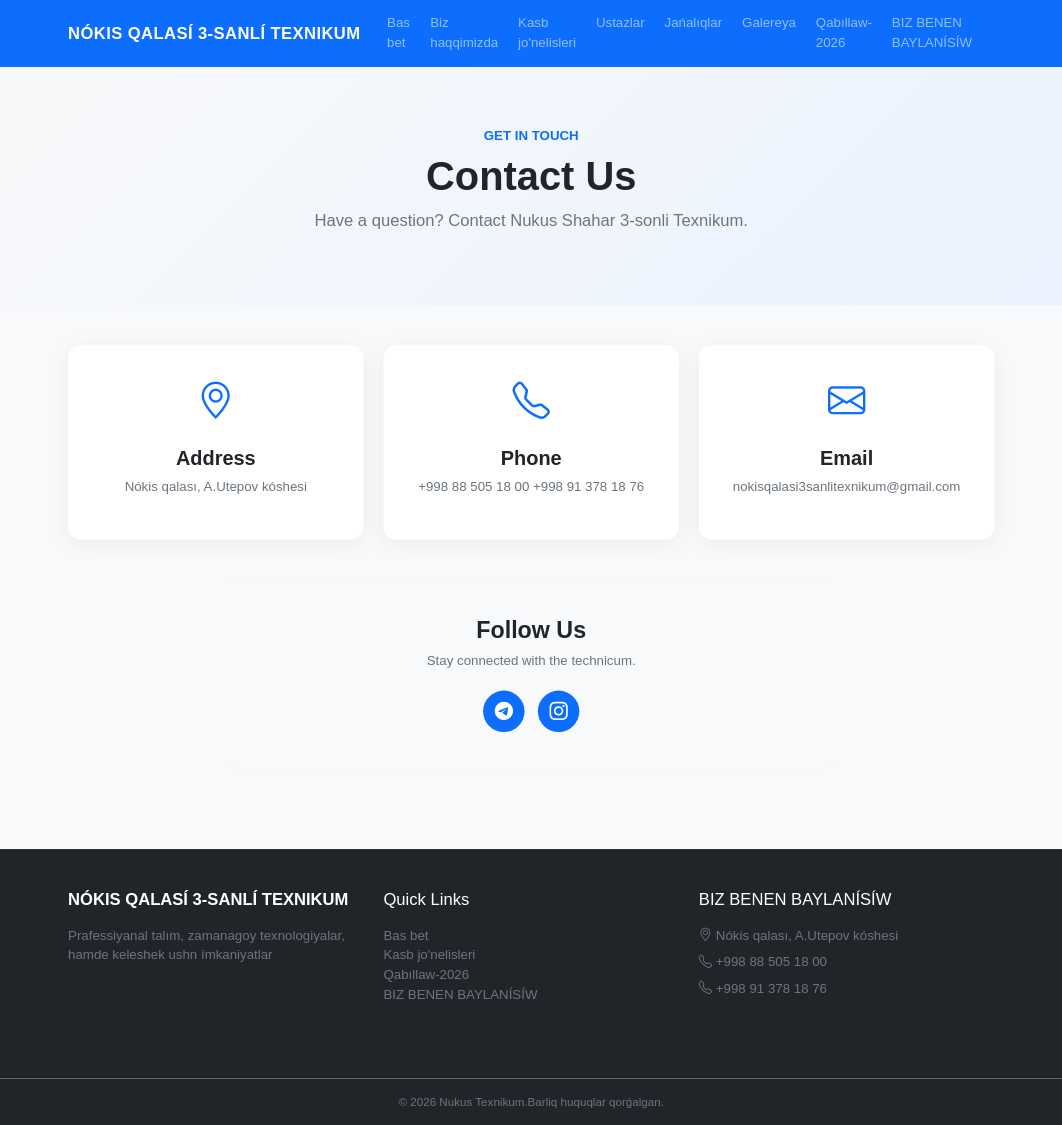
Repository: Neptunescorp/nukus_technicum
Page: http://localhost/contact/
These files come from the project's save history. The page is drawn as it stood at one moment and after the next save; the edit follows.
The browser window is 1280 px wide. The pictures show the whole page, at 83% of full size.
The page is served by the project's application, run on Django 5.2 (manage.py). Other server files are loaded and not shown. The page reads the database file committed with the project.

Above is the page before, as saved 2026-08-18 12:47:23.

### core/templates/core/contact.html
{% extends "base.html" %}

{% block title %}
Contact | Nukus Shahar 3-sonli Texnikum
{% endblock %}

{% block content %}

<section class="contact-hero py-5">

    <div class="container text-center py-4">

        <span class="text-primary fw-semibold">
            GET IN TOUCH
        </span>

        <h1 class="display-5 fw-bold mt-2">
            Contact Us
        </h1>

        <p class="lead text-secondary">
            Have a question? Contact Nukus Shahar 3-sonli Texnikum.
        </p>

    </div>

</section>


<section class="py-5">

    <div class="container">

        <div class="row g-4">

            <div class="col-md-6 col-lg-4">

                <div class="contact-card">

                    <i class="bi bi-geo-alt"></i>

                    <h4 class="fw-bold">
                        Address
                    </h4>

                    {% if information and information.address %}

                    <p class="text-secondary">
                        {{ information.address }}
                    </p>

                    {% else %}

                    <p class="text-secondary">
                        Official address will be published soon.
                    </p>

                    {% endif %}

                </div>

            </div>


            <div class="col-md-6 col-lg-4">

                <div class="contact-card">

                    <i class="bi bi-telephone"></i>

                    <h4 class="fw-bold">
                        Phone
                    </h4>

                    {% if information and information.phone %}

                    <p>
                        <a
                            href="tel:{{ information.phone }}"
                            class="text-secondary text-decoration-none"
                        >
                            {{ information.phone }}
                        </a>
                    </p>

                    {% else %}

                    <p class="text-secondary">
                        Phone number will be published soon.
                    </p>

                    {% endif %}

                </div>

            </div>


            <div class="col-md-6 col-lg-4">

                <div class="contact-card">

                    <i class="bi bi-envelope"></i>

                    <h4 class="fw-bold">
                        Email
                    </h4>

                    {% if information and information.email %}

                    <p>
                        <a
                            href="mailto:{{ information.email }}"
                            class="text-secondary text-decoration-none"
                        >
                            {{ information.email }}
                        </a>
                    </p>

                    {% else %}

                    <p class="text-secondary">
                        Email will be published soon.
                    </p>

                    {% endif %}

                </div>

            </div>

        </div>


        <div class="row mt-5">

            <div class="col-lg-8 mx-auto">

                <div class="contact-social text-center">

                    <h3 class="fw-bold">
                        Follow Us
                    </h3>

                    <p class="text-secondary">
                        Stay connected with the technicum.
                    </p>


                    <div class="d-flex justify-content-center gap-3 mt-4">

                        {% if information and information.telegram %}

                        <a
                            href="{{ information.telegram }}"
                            target="_blank"
                            class="social-button"
                        >
                            <i class="bi bi-telegram"></i>
                        </a>

                        {% endif %}


                        {% if information and information.instagram %}

                        <a
                            href="{{ information.instagram }}"
                            target="_blank"
                            class="social-button"
                        >
                            <i class="bi bi-instagram"></i>
                        </a>

                        {% endif %}


                        {% if information and information.facebook %}

                        <a
                            href="{{ information.facebook }}"
                            target="_blank"
                            class="social-button"
                        >
                            <i class="bi bi-facebook"></i>
                        </a>

                        {% endif %}


                        {% if information and information.youtube %}

                        <a
                            href="{{ information.youtube }}"
                            target="_blank"
                            class="social-button"
                        >
                            <i class="bi bi-youtube"></i>
                        </a>

                        {% endif %}

                    </div>

                </div>

            </div>

        </div>

    </div>

</section>

{% endblock %}

### templates/base.html
{% load static %}

<!DOCTYPE html>
<html lang="en">
<head>
    <meta charset="UTF-8">
    <meta name="viewport" content="width=device-width, initial-scale=1.0">

    <title>{% block title %}NÓKIS QALASÍ 3-SANLÍ TEXNIKUM{% endblock %}</title>

    <!-- Bootstrap -->
    <link
        href="https://cdn.jsdelivr.net/npm/bootstrap@5.3.3/dist/css/bootstrap.min.css"
        rel="stylesheet"
    >

    <!-- Bootstrap Icons -->
    <link
        rel="stylesheet"
        href="https://cdn.jsdelivr.net/npm/bootstrap-icons@1.11.3/font/bootstrap-icons.min.css"
    >

    <!-- Custom CSS -->
    <link rel="stylesheet" href="{% static 'css/style.css' %}">
</head>

<body>

<!-- ================= NAVBAR ================= -->

<nav class="navbar navbar-expand-lg navbar-dark bg-primary sticky-top">
    <div class="container">

        <a class="navbar-brand fw-bold" href="/">
            NÓKIS QALASÍ 3-SANLÍ TEXNIKUM
        </a>

        <button
            class="navbar-toggler"
            type="button"
            data-bs-toggle="collapse"
            data-bs-target="#mainNavbar"
        >
            <span class="navbar-toggler-icon"></span>
        </button>

        <div class="collapse navbar-collapse" id="mainNavbar">

            <ul class="navbar-nav ms-auto">

                <li class="nav-item">
                    <a class="nav-link" href="/">Bas bet</a>
                </li>

                <li class="nav-item">
                    <a class="nav-link" href="/about/">Biz haqqimizda</a>
                </li>

                <li class="nav-item">
                    <a class="nav-link" href="/specialties/">Kasb jo'nelisleri</a>
                </li>

                <li class="nav-item">
                    <a class="nav-link" href="/teachers/">Ustazlar</a>
                </li>

                <li class="nav-item">
                    <a class="nav-link" href="/news/">Jańalıqlar </a>
                </li>

                <li class="nav-item">
                    <a class="nav-link" href="/gallery/">
                        Galereya
                    </a>
                </li>

                <li class="nav-item">
                    <a class="nav-link" href="/admissions/">Qabıllaw-2026 </a>
                </li>

                <li class="nav-item">
                    <a class="nav-link" href="/contact/">BIZ BENEN BAYLANÍSÍW</a>
                </li>

            </ul>

        </div>
    </div>
</nav>


<!-- ================= MAIN CONTENT ================= -->

<main>
    {% block content %}
    {% endblock %}
</main>


<!-- ================= FOOTER ================= -->

<footer class="bg-dark text-white mt-5">

    <div class="container py-5">

        <div class="row">

            <div class="col-md-4 mb-4">

                <h5 class="fw-bold">
                    NÓKIS QALASÍ 3-SANLÍ TEXNIKUM
                </h5>

                <p class="text-secondary">
                    Prafessiyanal talım, zamanagoy texnologiyalar,
                    hamde keleshek ushn ímkaniyatlar
                </p>

            </div>


            <div class="col-md-4 mb-4">

                <h5>Quick Links</h5>

                <ul class="list-unstyled">

                    <li>
                        <a href="/" class="text-secondary text-decoration-none">
                            Bas bet
                        </a>
                    </li>

                    <li>
                        <a href="/specialties/" class="text-secondary text-decoration-none">
                            Kasb jo'nelisleri
                        </a>
                    </li>

                    <li>
                        <a href="/admissions/" class="text-secondary text-decoration-none">
                            Qabıllaw-2026
                        </a>
                    </li>

                    <li>
                        <a href="/contact/" class="text-secondary text-decoration-none">
                            BIZ BENEN BAYLANÍSÍW
                        </a>
                    </li>

                </ul>

            </div>


            <div class="col-md-4">

                <h5>BIZ BENEN BAYLANÍSÍW</h5>

                <p class="text-secondary mb-2">
                    <i class="bi bi-geo-alt"></i>
                    Nókis qalası, A.Utepov kóshesi
                </p>

                <p class="text-secondary mb-2">
                    <i class="bi bi-telephone"></i>
                    +998 88 505 18 00
                </p>

                <p class="text-secondary mb-2">
                    <i class="bi bi-telephone"></i>
                    +998 91 378 18 76
                </p>


            </div>

        </div>

    </div>


    <div class="border-top border-secondary">

        <div class="container py-3 text-center">

            <small class="text-secondary">
                © 2026 Nukus Texnikum.Barliq huquqlar qorǵalgan.
            </small>

        </div>

    </div>

</footer>


<!-- Bootstrap JS -->

<script
    src="https://cdn.jsdelivr.net/npm/bootstrap@5.3.3/dist/js/bootstrap.bundle.min.js">
</script>

</body>
</html>

### core/models.py
from django.db import models


class SiteInformation(models.Model):
    name = models.CharField(
        max_length=255,
        default="Nukus Shahar 3-sonli Texnikum"
    )
    short_description = models.TextField(blank=True)
    about = models.TextField(blank=True)

    address = models.CharField(max_length=255, blank=True)
    phone = models.CharField(max_length=50, blank=True)
    email = models.EmailField(blank=True)

    logo = models.ImageField(
        upload_to="site/",
        blank=True,
        null=True
    )

    facebook = models.URLField(blank=True)
    instagram = models.URLField(blank=True)
    telegram = models.URLField(blank=True)
    youtube = models.URLField(blank=True)

    updated_at = models.DateTimeField(auto_now=True)

    class Meta:
        verbose_name = "Site Information"
        verbose_name_plural = "Site Information"

    def __str__(self):
        return self.name

### core/views.py
from django.shortcuts import render

from .models import SiteInformation
from specialties.models import Specialty
from teachers.models import Teacher
from news.models import News
from gallery.models import GalleryImage


def home(request):
    information = SiteInformation.objects.first()

    specialties = Specialty.objects.filter(
        is_active=True
    )[:6]

    teachers = Teacher.objects.filter(
        is_active=True
    )[:4]

    news_items = News.objects.filter(
        is_published=True
    )[:3]

    gallery_images = GalleryImage.objects.filter(
        is_active=True
    )[:8]

    return render(
        request,
        "core/home.html",
        {
            "information": information,
            "specialties": specialties,
            "teachers": teachers,
            "news_items": news_items,
            "gallery_images": gallery_images,
        }
    )


def about(request):
    information = SiteInformation.objects.first()

    return render(
        request,
        "core/about.html",
        {
            "information": information
        }
    )


def contact(request):
    information = SiteInformation.objects.first()

    return render(
        request,
        "core/contact.html",
        {
            "information": information
        }
    )

### config/urls.py
from django.conf import settings
from django.conf.urls.static import static
from django.contrib import admin
from django.urls import include, path


urlpatterns = [
    path("admin/", admin.site.urls),

    path("", include("core.urls")),

    path(
        "specialties/",
        include("specialties.urls")
    ),

    path(
        "teachers/",
        include("teachers.urls")
    ),

    path(
        "news/",
        include("news.urls")
    ),

    path(
        "gallery/",
        include("gallery.urls")
    ),

    path(
        "admissions/",
        include("admissions.urls")
    ),
]


if settings.DEBUG:
    urlpatterns += static(
        settings.MEDIA_URL,
        document_root=settings.MEDIA_ROOT
    )

### core/urls.py
from django.urls import path

from .views import about, contact, home


urlpatterns = [
    path(
        "",
        home,
        name="home"
    ),

    path(
        "about/",
        about,
        name="about"
    ),

    path(
        "contact/",
        contact,
        name="contact"
    ),
]

### specialties/urls.py
from django.urls import path
from .views import specialty_list, specialty_detail


urlpatterns = [
    path("", specialty_list, name="specialty_list"),
    path(
        "<int:pk>/",
        specialty_detail,
        name="specialty_detail"
    ),
]

### teachers/urls.py
from django.urls import path
from .views import teacher_list, teacher_detail


urlpatterns = [
    path("", teacher_list, name="teacher_list"),

    path(
        "<int:pk>/",
        teacher_detail,
        name="teacher_detail"
    ),
]

### news/urls.py
from django.urls import path

from .views import news_detail, news_list


urlpatterns = [
    path("", news_list, name="news_list"),

    path(
        "<int:pk>/",
        news_detail,
        name="news_detail"
    ),
]

### gallery/urls.py
from django.urls import path
from .views import gallery_list


urlpatterns = [
    path("", gallery_list, name="gallery_list"),
]

### admissions/urls.py
from django.urls import path

from .views import admissions


urlpatterns = [
    path("", admissions, name="admissions"),
]

### db.sqlite3 (the tables this page reads, as SQL)
CREATE TABLE "core_siteinformation" ("id" integer NOT NULL PRIMARY KEY AUTOINCREMENT, "name" varchar(255) NOT NULL, "short_description" text NOT NULL, "about" text NOT NULL, "address" varchar(255) NOT NULL, "phone" varchar(50) NOT NULL, "email" varchar(254) NOT NULL, "logo" varchar(100) NULL, "facebook" varchar(200) NOT NULL, "instagram" varchar(200) NOT NULL, "telegram" varchar(200) NOT NULL, "youtube" varchar(200) NOT NULL, "updated_at" datetime NOT NULL);
INSERT INTO "core_siteinformation" VALUES
(1, 'NÓKIS QALASÍ 3-SANLÍ TEXNIKUM', 'ÓZBEKSTAN RESPUBLIKASI JOQARÍ BILIMLENDIRIW, ILIM HÁM INNOVACIYALAR MINISTRLIGI JANÍNDA KASIPLIK BILIMLENDIRIW AGENTLIGI QARAQALPAQSTAN RESPUBLIKASI KÁSIPLIK BILIMLENDIRIW AGENTLIGI', 'NÓKIS QALASÍ 3-SANLÍ TEXNIKUM PREZIDETTŃ QARARI BOYINSHA 2026 JILI TYKAR SALINDI', 'Nókis qalası, A.Utepov kóshesi', '+998 88 505 18 00 +998 91 378 18 76', 'nokisqalasi3sanlitexnikum@gmail.com', 'site/Screenshot_2026-08-18_at_10.47.14.png', '', 'https://instagram.com/3_sanli_texnikum_nukus', 'https://t.me/@Developer_moder', '', '2026-08-18 06:14:18.136694');

Loaded but not shown: static/css/style.css (910 lines, source omitted)

After the next save:
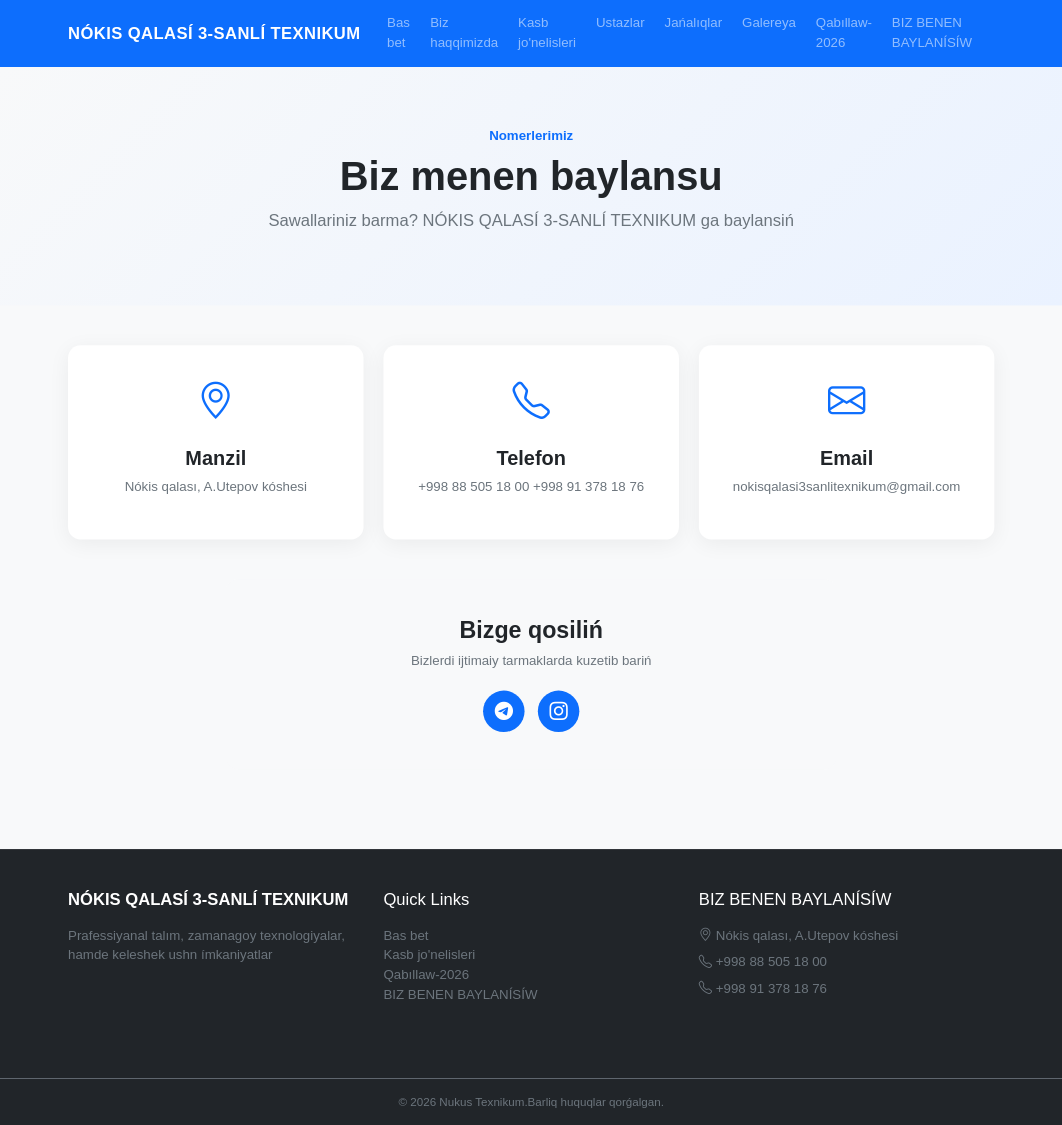
Saved 6 min 20 s later.
--- a/core/templates/core/contact.html
+++ b/core/templates/core/contact.html
@@ -1,7 +1,7 @@
 {% extends "base.html" %}
 
 {% block title %}
-Contact | Nukus Shahar 3-sonli Texnikum
+Baylansu | NÓKIS QALASÍ 3-SANLÍ TEXNIKUM
 {% endblock %}
 
 {% block content %}
@@ -11,15 +11,15 @@ Contact | Nukus Shahar 3-sonli Texnikum
     <div class="container text-center py-4">
 
         <span class="text-primary fw-semibold">
-            GET IN TOUCH
+            Nomerlerimiz
         </span>
 
         <h1 class="display-5 fw-bold mt-2">
-            Contact Us
+            Biz menen baylansu
         </h1>
 
         <p class="lead text-secondary">
-            Have a question? Contact Nukus Shahar 3-sonli Texnikum.
+            Sawallariniz barma? NÓKIS QALASÍ 3-SANLÍ TEXNIKUM ga baylansiń
         </p>
 
     </div>
@@ -40,7 +40,7 @@ Contact | Nukus Shahar 3-sonli Texnikum
                     <i class="bi bi-geo-alt"></i>
 
                     <h4 class="fw-bold">
-                        Address
+                        Manzil
                     </h4>
 
                     {% if information and information.address %}
@@ -69,7 +69,7 @@ Contact | Nukus Shahar 3-sonli Texnikum
                     <i class="bi bi-telephone"></i>
 
                     <h4 class="fw-bold">
-                        Phone
+                        Telefon
                     </h4>
 
                     {% if information and information.phone %}
@@ -139,11 +139,11 @@ Contact | Nukus Shahar 3-sonli Texnikum
                 <div class="contact-social text-center">
 
                     <h3 class="fw-bold">
-                        Follow Us
+                        Bizge qosiliń
                     </h3>
 
                     <p class="text-secondary">
-                        Stay connected with the technicum.
+                        Bizlerdi ijtimaiy tarmaklarda kuzetib bariń
                     </p>
 
 
